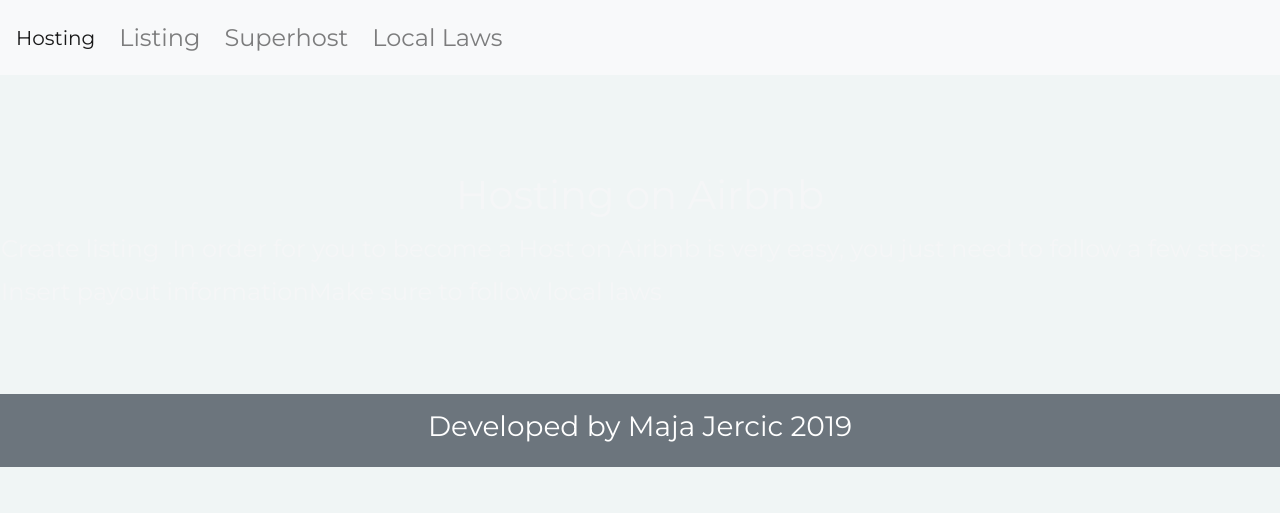
Repository: Maja-Jer/Hosting-on-Airbnb
Page: index.html
The author's editor kept a record of every edit. The page is drawn from the files as they stood at one moment, then again after the next edit.
The browser window is 1280 px wide. The pictures show the whole page.
Some web libraries are served in a nearby version.

Above is the page before.
Console error: TypeError: Cannot read properties of undefined (reading 'fn')

After the next edit:
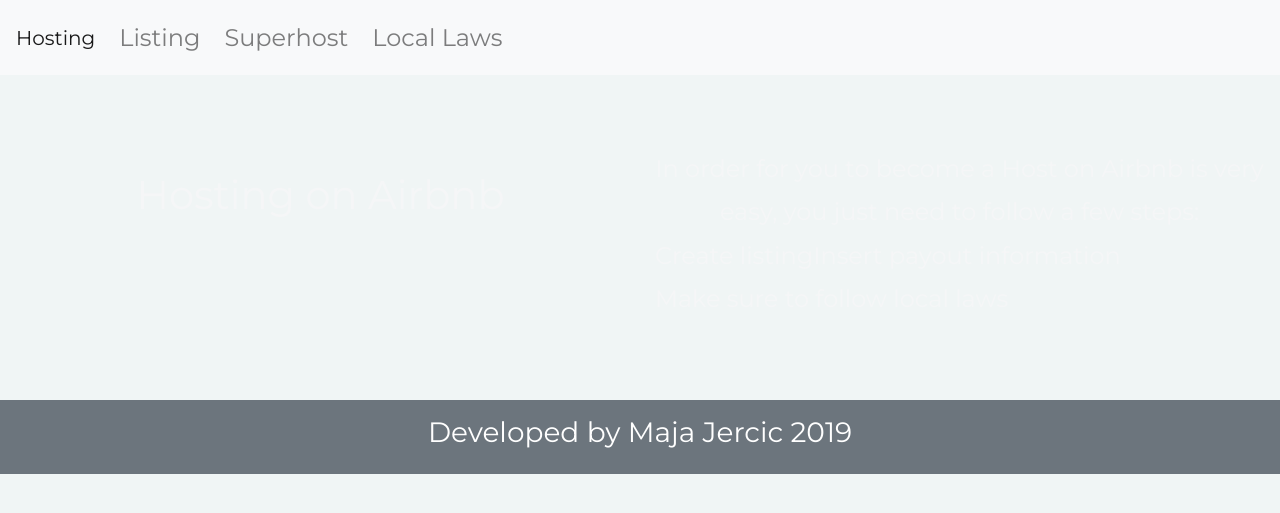
The edit:
--- a/index.html
+++ b/index.html
@@ -17,7 +17,7 @@
 
     <!---------------Navgation-------->
     <nav class="navbar navbar-light bg-light navbar-expand-sm">
-         <a href="/" class="navbar-brand">Hosting</a>
+        <a href="/" class="navbar-brand">Hosting</a>
 
         <!---------------Dropdown menu-------->
         <button class="navbar-toggler ml-auto" type="button" data-toggle="collapse" data-target="#navbarNavDropdown" aria-controls="navbarNavDropdown" aria-expanded="false" aria-label="Toggle navigation">
@@ -35,37 +35,38 @@
     </nav>
 
 
-<main>
-    <section class= "wrapper">
-        <div class="container-fluid p-0">
-            <div class="row justify-content-center">
-                <div class= "column">
-                    <header>
-                        <h1 class="text-center mt-4">Hosting on Airbnb</h1>
-                    </header>
-                    <ul class= "intro">
-                        In order for you to become a Host on Airbnb is very easy, you just need to follow a few steps:
-                        <li>Create listing</li>
-                        <li>Insert payout information</li>
-                        <li>Make sure to follow local laws</li>
-                    </ul>
+    <main>
+        <section class="wrapper">
+            <div class="container-fluid p-0">
+                <div class="row justify-content-center">
+                    <div class="col">
+                        <header>
+                            <h1 class="text-center mt-4">Hosting on Airbnb</h1>
+                        </header>
+                    </div>
+                    <div class="col">
+                        <ul class="intro">
+                            In order for you to become a Host on Airbnb is very easy, you just need to follow a few steps:
+                            <li>Create listing</li>
+                            <li>Insert payout information</li>
+                            <li>Make sure to follow local laws</li>
+                        </ul>
+                    </div>
                 </div>
+            </div>
+        </section>
+
+    </main>
+
+
+    <footer class="bg-secondary mt-5 p-3">
+        <div class="container-fluid">
+            <div class="col-12 text-white">
+                <h3>Developed by Maja Jercic 2019</h3>
             </div>
         </div>
 
-    </section>
-
-</main>
-
-
-<footer class= "bg-secondary mt-5 p-3">
-    <div class= "container-fluid">
-        <div class= "col-12 text-white">
-            <h3>Developed by Maja Jercic 2019</h3>
-        </div>
-    </div>
-
-</footer>
+    </footer>
 
 
 
